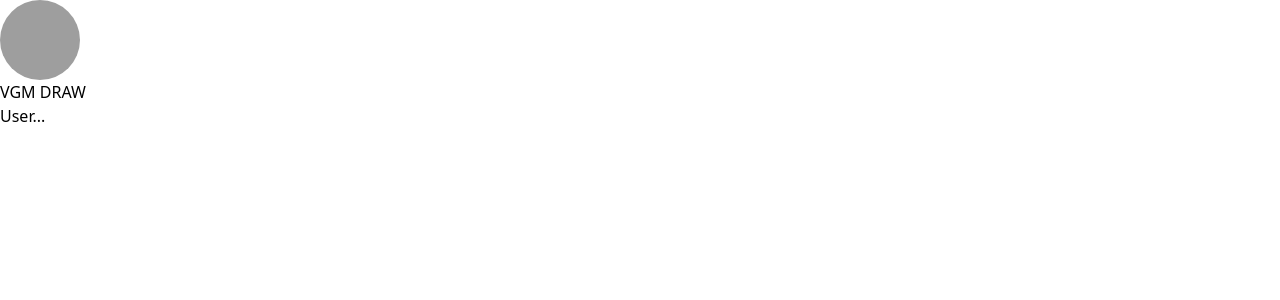
Repository: venu-369/lottery-web3
Page: /
These files come from the project's save history. The page is drawn as it stood at one moment and after the next save; the edit follows.
The browser window is 1280 px wide. The pictures show the whole page.
Pictures or frames that could not be fetched are drawn as grey boxes. The project was rebuilt for these pictures with package versions that can differ from the ones it lists, and the page was loaded fresh each time. The framework's server and built-in components were replaced by stand-ins that run in the browser. Also part of the build but not shown: next.config.js.

Above is the page before, as saved 2023-01-11 14:02:58.

After the next save:
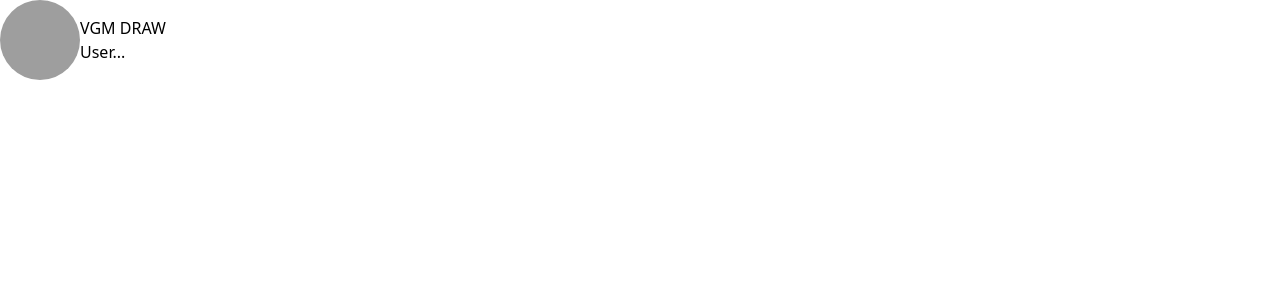
Saved 19 s later.
--- a/components/Header.tsx
+++ b/components/Header.tsx
@@ -2,8 +2,8 @@
 
 const Header = () => {
   return (
-    <div className="flex items-center">
-        <div>
+    <div >
+        <div className="flex items-center">
             <img
              className='rounded-full h-20 w-20'
              src="https://i.pinimg.com/564x/93/93/41/93934128ae88668f93c1abaaf1e62b1b.jpg"
